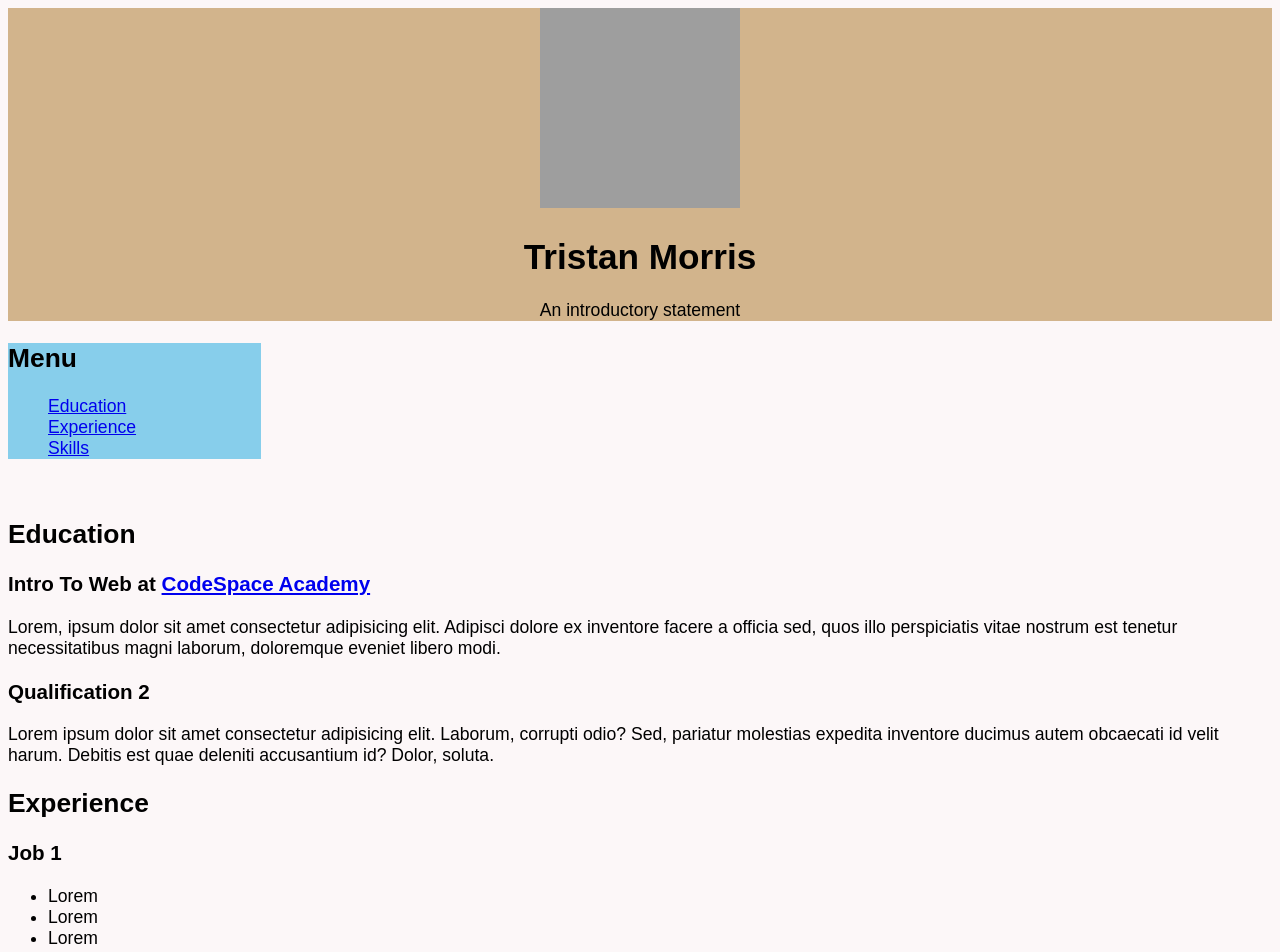
Repository: TristanKMorris/introToWebDesignAssignment
Page: resume1.html
The author's editor kept a copy of each file at every save. The page is drawn from the files as they stood at one save, then again after the next save.
The browser window is 1280 px wide. The pictures show the part of the page from y = 0 to 952 px (the page is 1398 px tall).
Pictures or frames that could not be fetched are drawn as grey boxes. A picture or video elsewhere on the page could not be fetched, so the positions and the page height are approximate.

Above is the page before, as saved 2022-06-01 13:35:04.

After the next save:
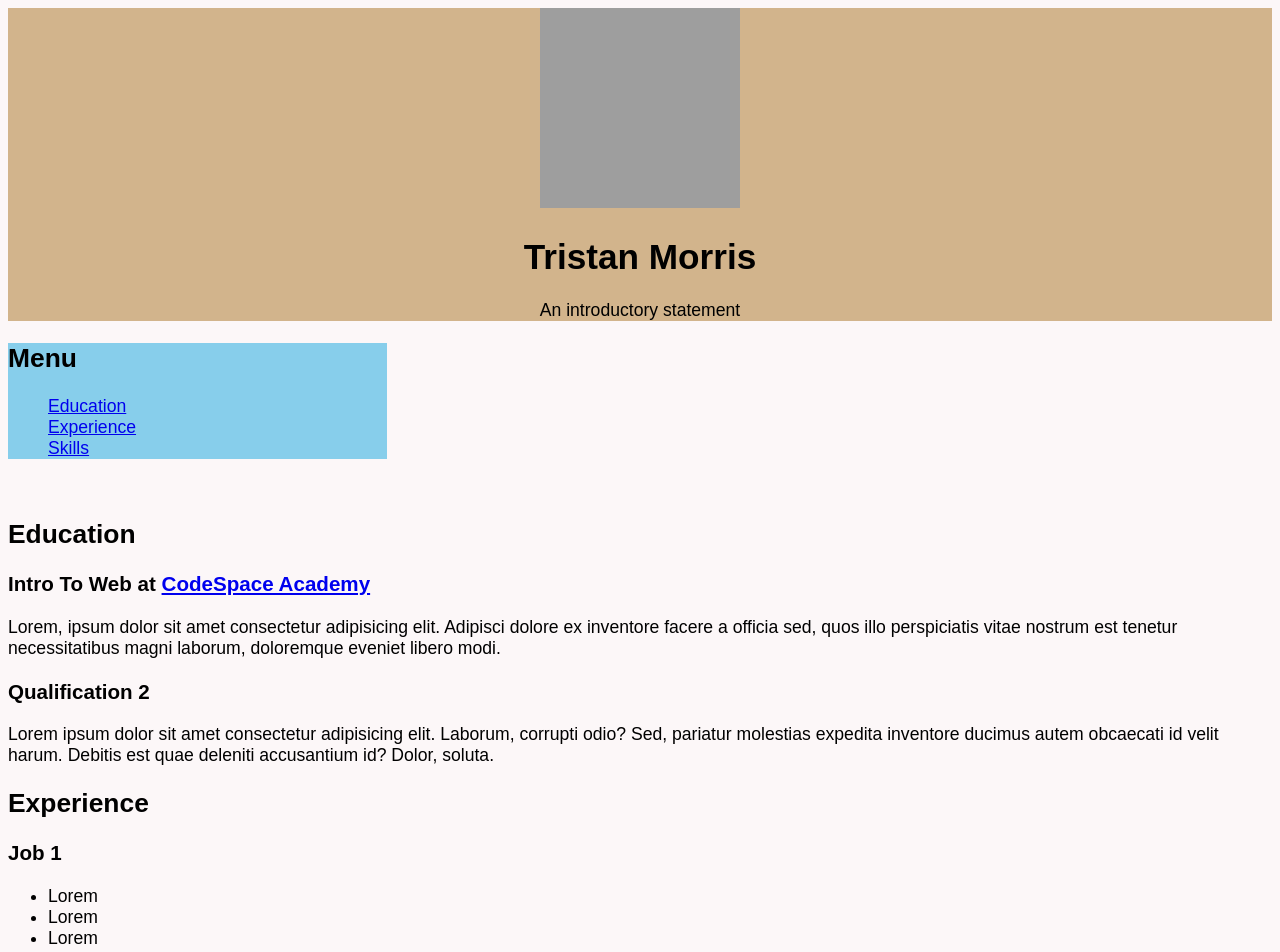
Saved 45 s later.
--- a/css/stylesheet.css
+++ b/css/stylesheet.css
@@ -18,7 +18,7 @@ footer {
   text-align: center;
 }
 #sidebar{
-  width: 20%;
+  width: 30%;
   background-color: skyblue;
 }
 .navMenu{
